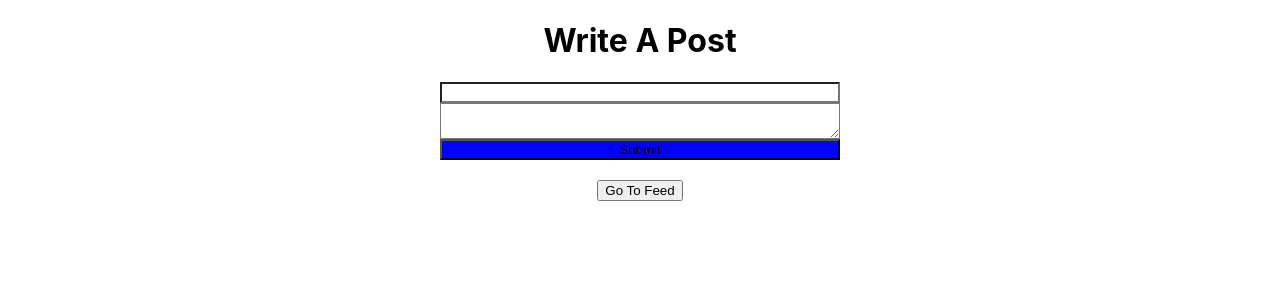
Repository: shaelorch/comp-week4
Page: /addPosts
These files come from the project's save history. The page is drawn as it stood at one moment and after the next save; the edit follows.
The browser window is 1280 px wide. The pictures show the whole page.
The project was rebuilt for these pictures with package versions that can differ from the ones it lists, and the page was loaded fresh each time. The framework's server and built-in components were replaced by stand-ins that run in the browser. Also part of the build but not shown: next.config.js.

Above is the page before, as saved 2023-01-31 23:09:13.

After the next save:
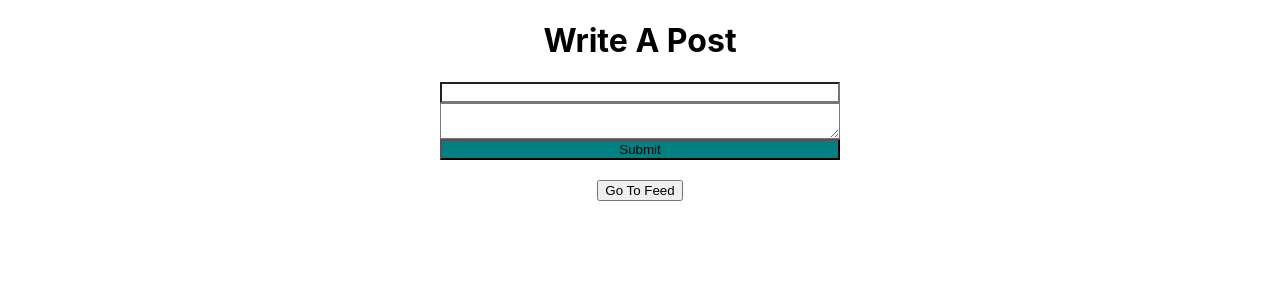
Saved 4 s later.
--- a/pages/addPosts.js
+++ b/pages/addPosts.js
@@ -20,7 +20,7 @@ export default function Home({posts}) {
           <textarea style={{backgroundColor:'white'}} value={content} onChange={(e) => setContent(e.target.value)} />
 
 
-            <button style={{backgroundColor:'blue'}} type="submit">Submit</button>
+            <button style={{backgroundColor:'teal'}} type="submit">Submit</button>
         </form>
         <a href='/'>
             <button style={{display:'flex', marginTop:20}}>Go To Feed</button>
